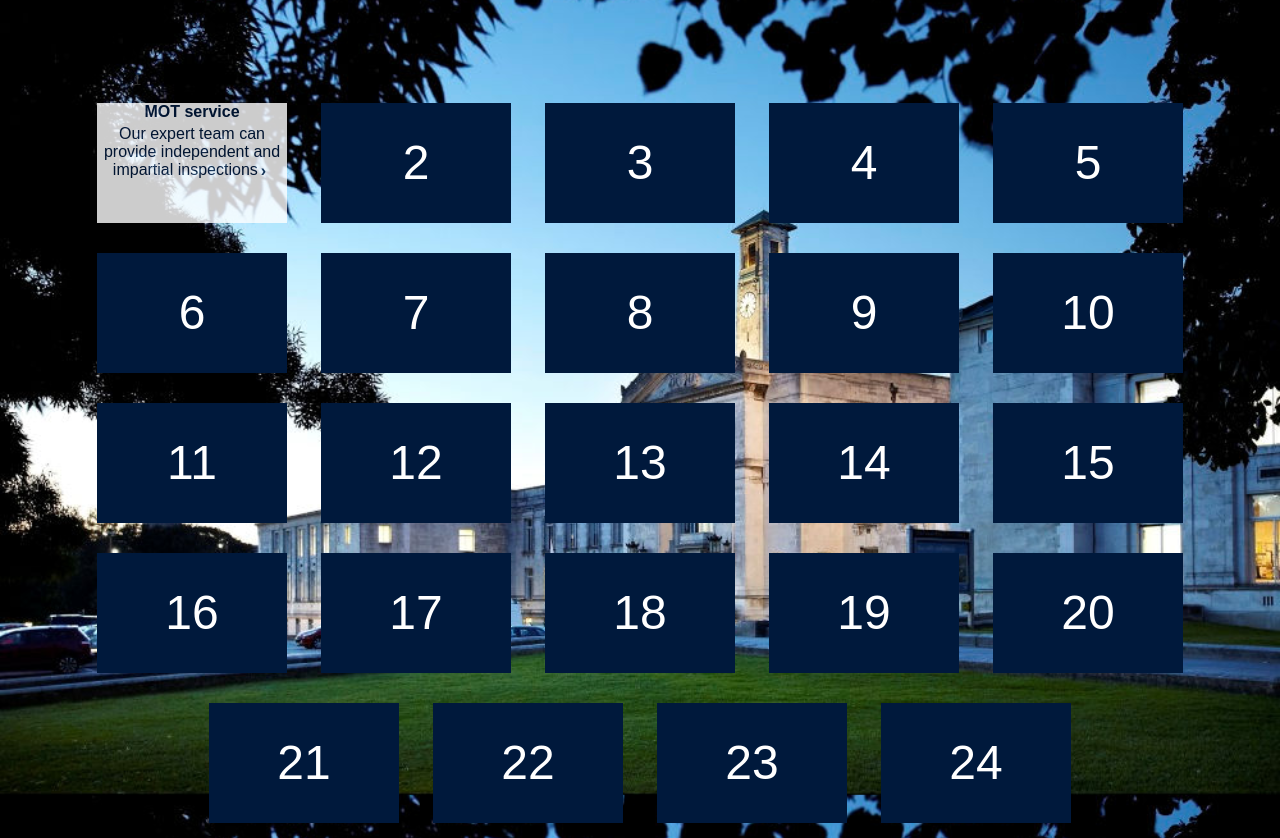
Repository: Domehead123/advent
Page: index.html
The author's editor kept a record of every edit. The page is drawn from the files as they stood at one moment, then again after the next edit.
The browser window is 1280 px wide. The pictures show the whole page.

Above is the page before.

### index.html
<!DOCTYPE html>
<html lang="en">
<head>
    <meta charset="UTF-8">
    <meta name="viewport" content="width=device-width, initial-scale=1.0">
    <meta http-equiv="X-UA-Compatible" content="ie=edge">
    <link rel="stylesheet" href="style.css" type="text/css" />
    <title>Document</title>
</head>
<body>
    <div class="window-wrapper">

        <div class="window-open"><a href="https://www.southampton.gov.uk/roads-parking/highway/mot/"></span><span class="window-header">MOT service</span>
        <span class="abstract">Our expert team can provide independent and impartial inspections</span><span class="day">1</span></a></div>


        <div class="window-closed">2</div>
        <div class="window-closed">3</div>
        <div class="window-closed">4</div>
        <div class="window-closed">5</div>
        <div class="window-closed">6</div>
        <div class="window-closed">7</div>
        <div class="window-closed">8</div>
        <div class="window-closed">9</div>
        <div class="window-closed">10</div>
        <div class="window-closed">11</div>
        <div class="window-closed">12</div>
        <div class="window-closed">13</div>
        <div class="window-closed">14</div>
        <div class="window-closed">15</div>
        <div class="window-closed">16</div>
        <div class="window-closed">17</div>
        <div class="window-closed">18</div>
        <div class="window-closed">19</div>
        <div class="window-closed">20</div>
        <div class="window-closed">21</div>
        <div class="window-closed">22</div>
        <div class="window-closed">23</div>
        <div class="window-closed">24</div>
    </div>
</body>
</html>

### style.css
body {
    background-image: url("images/civic-centre-2.jpg");
    background-size: cover;
    background-position: center;
    height: 100vh;
}

.window-wrapper {
    padding: 80px 50px 0 50px;
    text-align: center;
}

.window-open  {
    background: #fff;
    color: #00193c;
    opacity: 0.8;
    width: 190px;
    height: 120px;
    display: inline-block;
    vertical-align: top;
    margin: 15px;
    text-align: center;
    font-family: "franklin-gothic-urw",sans-serif;
    transition: 0.4s all;
}

.window-closed {
    font-size: 3em;
    text-align: center;
    font-family: "franklin-gothic-urw",sans-serif;
    line-height: 120px;
    width: 190px;
    height: 120px;
    display: inline-block;
    background-color: #00193c;
    color: #fff;
    margin: 15px;
}

.window-open:hover {
   background: #ddd;
}

.day {
    display: inline-block;
    position: relative;
    top: -90px;
    left: -130px;
    color: #333;
    font-size: 0.9em;
    text-decoration: none;
}

.window-open a {
    text-decoration: none;
    color: #00193c;
    transition: 0.4s all;
}

.window-open:hover a {
    text-decoration: underline;
}

.window-header {

font-weight: bold;
margin: 0 0 4px 0;
display: block;
}

.abstract::after {
content: "\203A";
display: inline-block;
text-decoration: none;
font-weight: bold;
line-height: 0;
position: relative;
top: 1px;
left: 3px;
}

After the next edit:
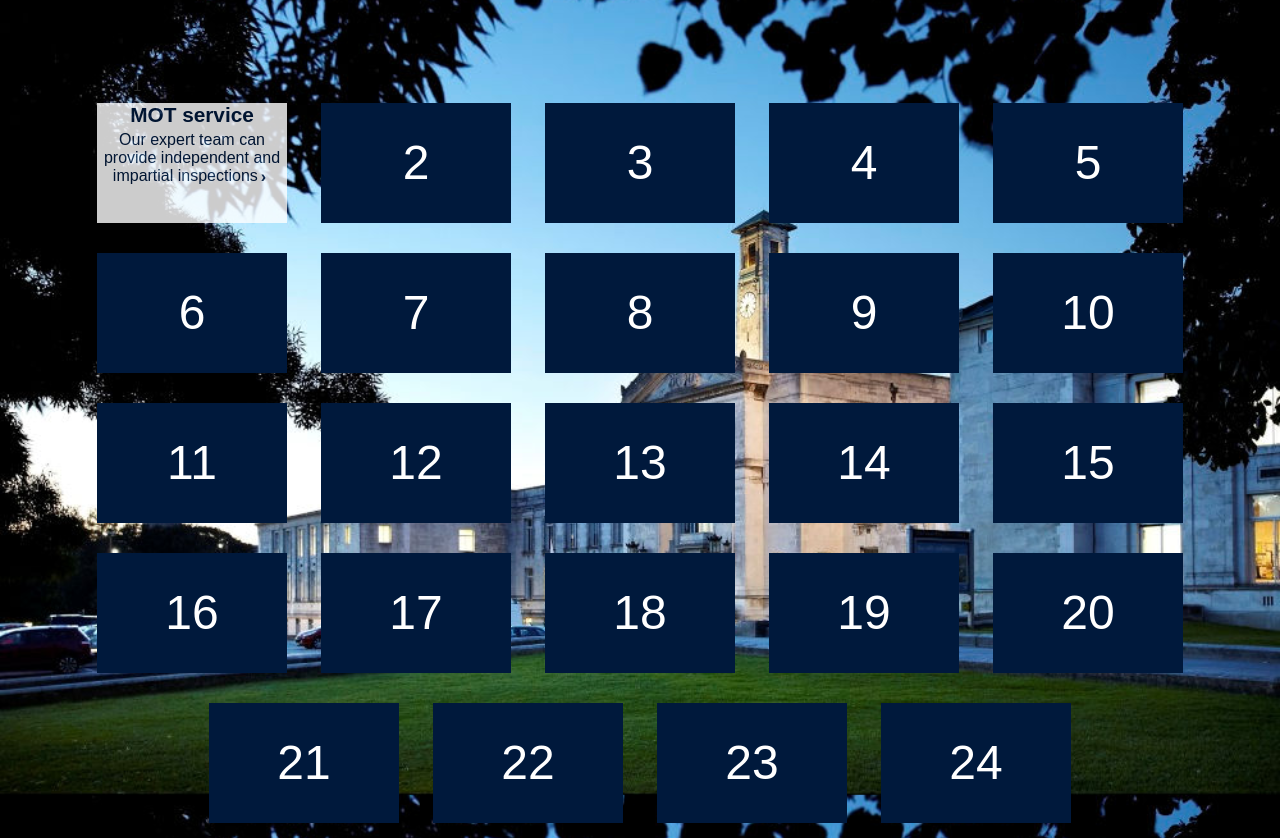
The edit:
--- a/style.css
+++ b/style.css
@@ -62,7 +62,7 @@
 }
 
 .window-header {
-
+font-size: 1.3em;
 font-weight: bold;
 margin: 0 0 4px 0;
 display: block;
